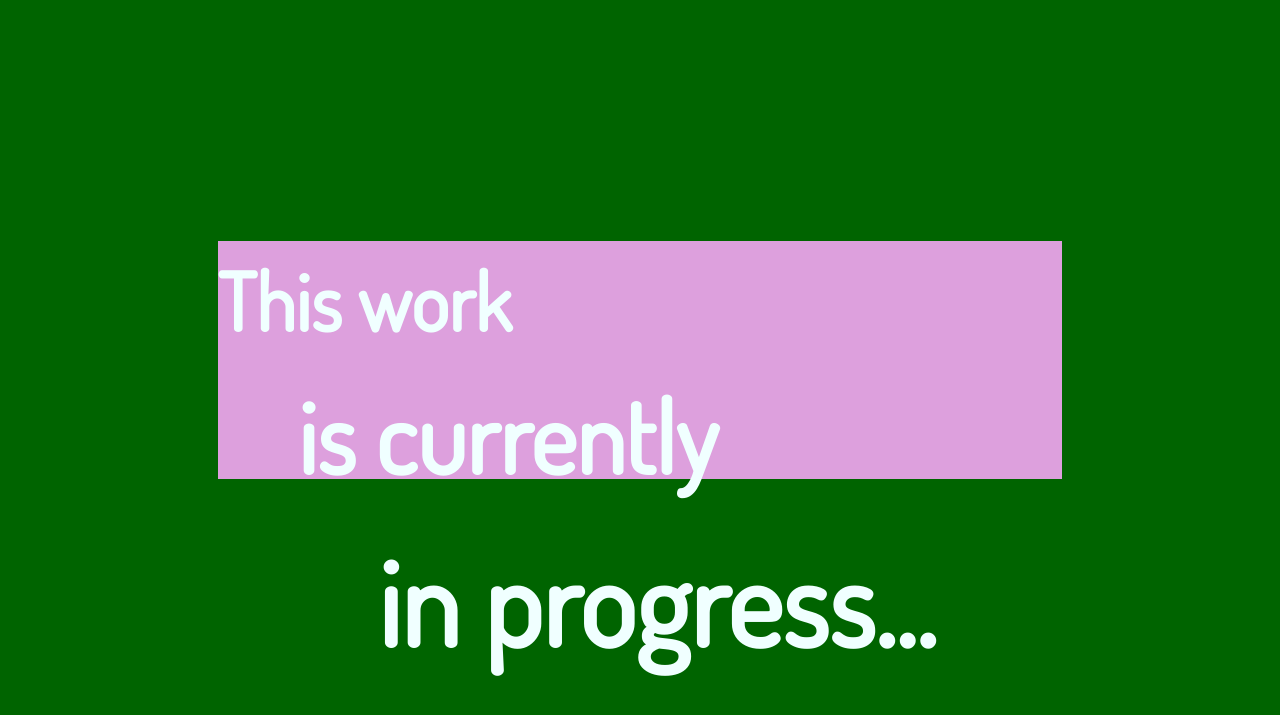
Repository: NollieChtn6/NollieChtn6.github.io
Page: index.html
These files come from the project's save history. The page is drawn as it stood at one moment and after the next save; the edit follows.
The browser window is 1280 px wide. The pictures show the whole page.

Above is the page before, as saved 2023-11-10 18:22:06.

After the next save:
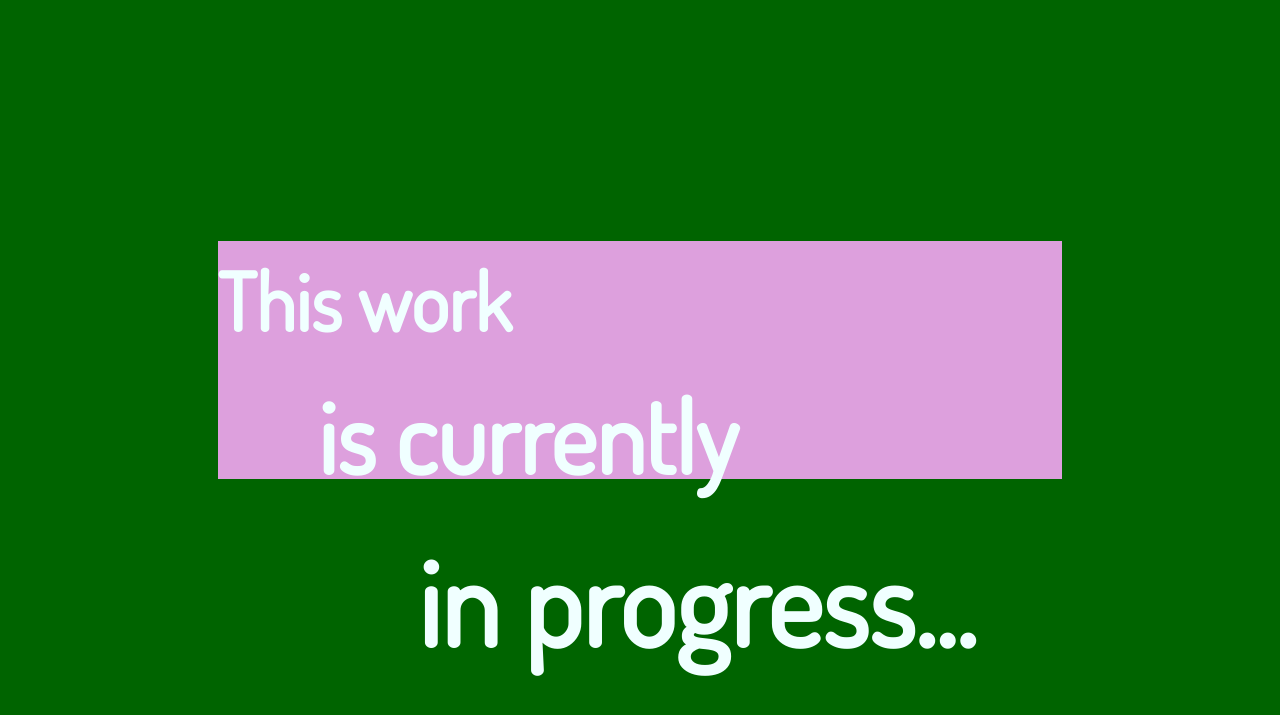
Saved 7 s later.
--- a/css/style.css
+++ b/css/style.css
@@ -72,11 +72,11 @@ h1 {
 .main__title--level-2 {
   /* align-self: center; */
   font-size: 10rem;
-  padding-left: 8rem;
+  padding-left: 10rem;
 }
 
 .main__title--level-3 {
   /* align-self: end; */
   font-size: 12rem;
-  padding-left: 16rem;
+  padding-left: 20rem;
 }
